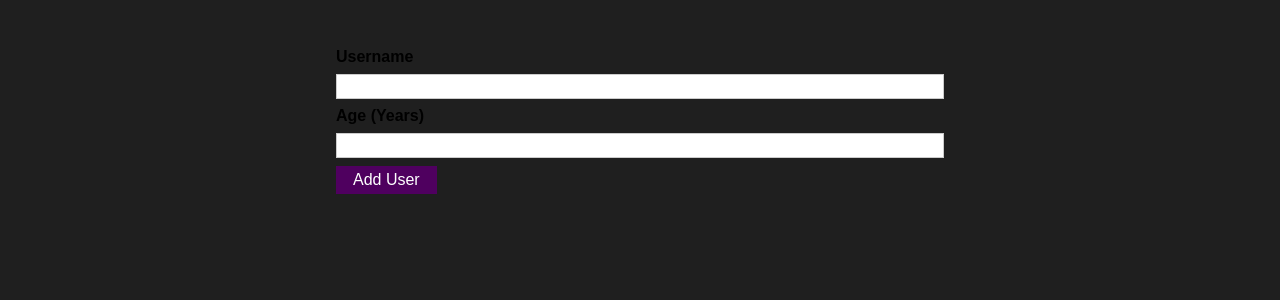
Repository: otvertka/MSC_4
Page: /
The author's editor kept a copy of each file at every save. The page is drawn from the files as they stood at one save, then again after the next save.
The browser window is 1280 px wide. The pictures show the whole page.
The project was rebuilt for these pictures with package versions that can differ from the ones it lists, and the page was loaded fresh each time. Also part of the build but not shown: src/components/Card/Card.modules.css.

Above is the page before, as saved 2023-07-05 16:24:19.

After the next save:
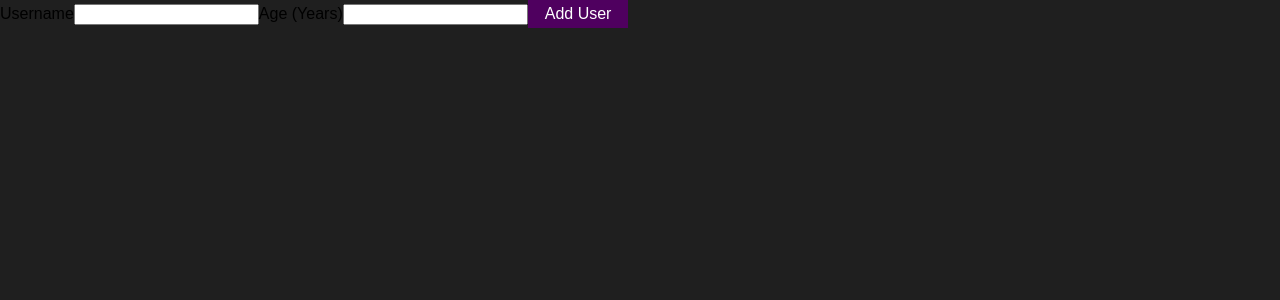
Saved 51 s later.
--- a/src/components/Card/Card.js
+++ b/src/components/Card/Card.js
@@ -2,9 +2,7 @@
 import classes from "./Card.modules.css";
 
 const Card = (props) => {
-  return (
-    <div className={`${classes.card} ${props.className}`}>{props.children}</div>
-  ); // обернёт содержимое между своими тегами
+  return <div className={classes.card}>{props.children}</div>; // обернёт содержимое между своими тегами
 };
 
 export default Card;

After the save that followed:
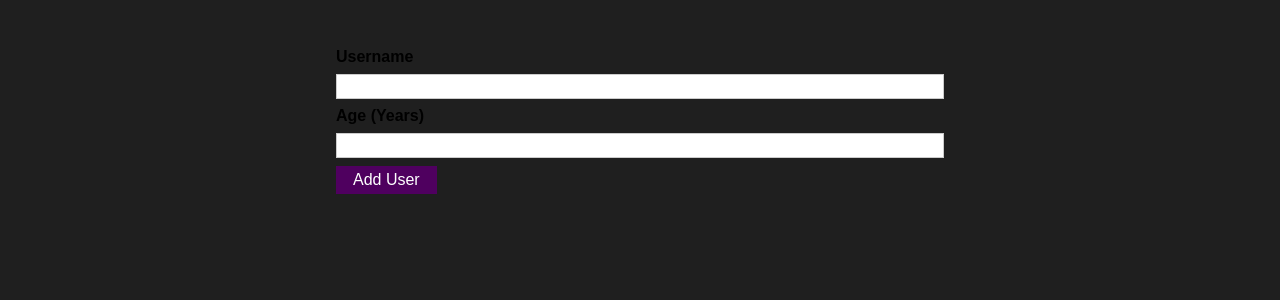
Saved 71 s later.
--- a/src/components/Card/Card.js
+++ b/src/components/Card/Card.js
@@ -2,7 +2,9 @@
 import classes from "./Card.modules.css";
 
 const Card = (props) => {
-  return <div className={classes.card}>{props.children}</div>; // обернёт содержимое между своими тегами
+  return (
+    <div className={`${classes.card} ${props.className}`}>{props.children}</div>
+  ); // обернёт содержимое между своими тегами
 };
 
 export default Card;
